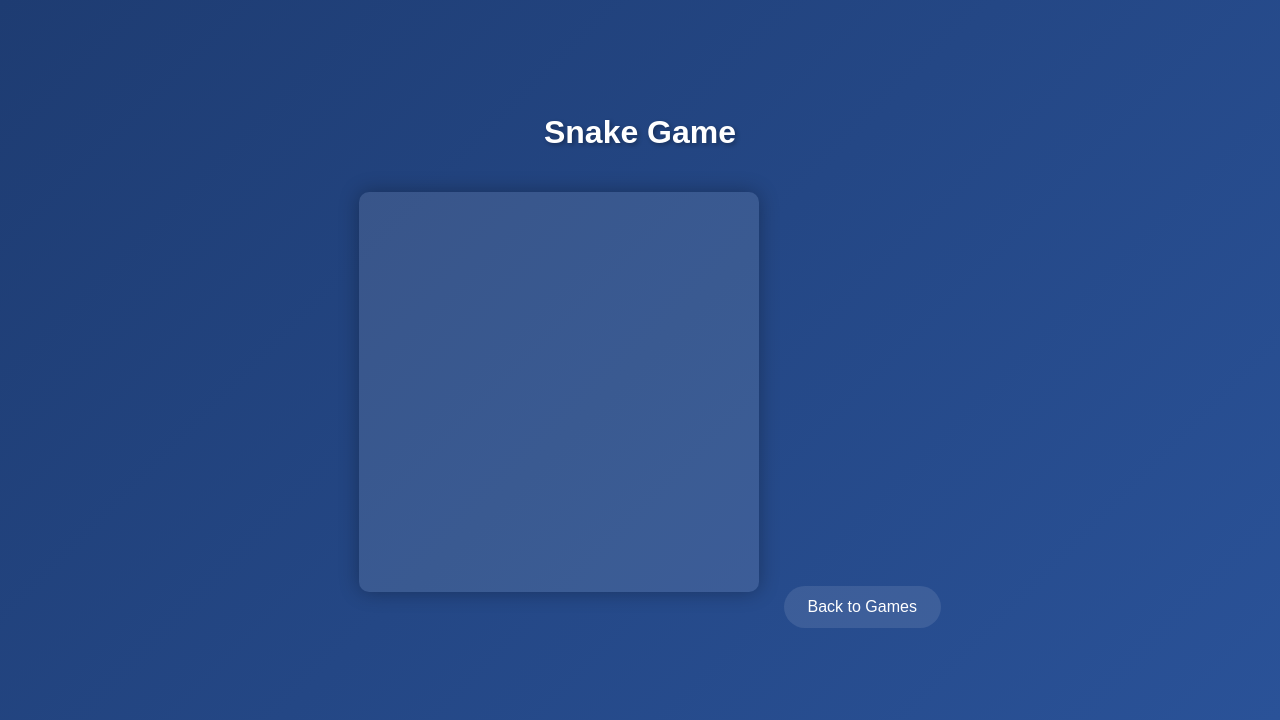
Repository: daBatmanCoder/game_portal_ai
Page: games/snake/snake.html
An editor plug-in stored every save of this project. The page is shown before and after the next save, followed by the edit.
The browser window is 1280 px wide. The pictures show the whole page.

Above is the page before, as saved 2024-11-22 15:55:12.
Console error: TypeError: Cannot set properties of null (setting 'textContent')

### games/snake/snake.html
<!DOCTYPE html>
<html>
<head>
    <title>Snake Game - Arcade Collection</title>
    <style>
        body {
            margin: 0;
            padding: 0;
            min-height: 100vh;
            background: linear-gradient(135deg, #1e3c72 0%, #2a5298 100%);
            display: flex;
            flex-direction: column;
            justify-content: center;
            align-items: center;
            font-family: Arial, sans-serif;
            color: white;
        }

        .game-container {
            text-align: center;
        }

        #gameCanvas {
            background: rgba(255, 255, 255, 0.1);
            border-radius: 10px;
            margin: 20px;
            box-shadow: 0 0 20px rgba(0, 0, 0, 0.3);
        }

        .back-button {
            padding: 12px 24px;
            background: rgba(255, 255, 255, 0.1);
            border: none;
            color: white;
            border-radius: 25px;
            cursor: pointer;
            font-size: 1rem;
            transition: background 0.3s ease, transform 0.3s ease;
            /* backdrop-filter: blur(5px); */
        }

        .back-button:hover {
            background: rgba(255, 255, 255, 0.2);
            transform: translateY(-2px);
        }

        h1 {
            text-shadow: 2px 2px 4px rgba(0, 0, 0, 0.3);
        }
    </style>
</head>
<body>
    <div class="game-container">
        <h1>Snake Game</h1>
        <canvas id="gameCanvas"></canvas>
        <button class="back-button" onclick="backToMain()">Back to Games</button>
    </div>
    <script src="snake.js"></script>
    <script>
        function backToMain() {
            window.location.href = '../../index.html';
        }
    </script>
</body>
</html>

### games/snake/snake.js
const canvas = document.getElementById('gameCanvas');
const ctx = canvas.getContext('2d');

// Set canvas size
canvas.width = 400;
canvas.height = 400;

// Game constants
const gridSize = 20;
const tileCount = canvas.width / gridSize;

// Game variables
let snake = [
    { x: 10, y: 10 }
];
let food = { x: 5, y: 5 };
let dx = 0;
let dy = 0;
let score = 0;
let highScore = 0;
let gameSpeed = 100;
let gameLoop;

// Add new constants for graphics
const snakeGradient = {
    body: ['#4CAF50', '#45a049'],
    head: ['#8BC34A', '#7CB342']
};
const foodGradient = ['#f44336', '#e53935'];
const gridColor = '#1a1a1a';
const backgroundColor = '#000000';

// Initialize game
function startGame() {
    // Initial setup with random snake position
    const randomX = Math.floor(Math.random() * tileCount);
    const randomY = Math.floor(Math.random() * tileCount);
    snake = [{ x: randomX, y: randomY }];
    food = { x: 5, y: 5 };
    dx = 0;
    dy = 0;
    score = 0;

    updateScore();
    createFood();

    // Draw initial state
    draw();

    // Clear any existing event listeners to prevent duplicates
    document.removeEventListener('keydown', changeDirection);
    document.addEventListener('keydown', changeDirection);

    // Clear any existing game loop
    clearInterval(gameLoop);
    gameLoop = setInterval(update, gameSpeed);
}

// Update game state
function update() {
    // Move snake
    let head = { x: snake[0].x + dx, y: snake[0].y + dy };

    // Don't update if snake isn't moving yet
    if (dx === 0 && dy === 0) {
        return;
    }

    // Wrap around borders
    if (head.x < 0) head.x = tileCount - 1;
    if (head.x >= tileCount) head.x = 0;
    if (head.y < 0) head.y = tileCount - 1;
    if (head.y >= tileCount) head.y = 0;

    // Check self collision - start checking from index 1 to avoid false collision with head
    for (let i = 1; i < snake.length; i++) {
        if (head.x === snake[i].x && head.y === snake[i].y) {
            gameOver();
            return;
        }
    }

    snake.unshift(head);

    // Check food collision
    if (head.x === food.x && head.y === food.y) {
        score += 10;
        updateScore();
        createFood();
    } else {
        snake.pop();
    }

    draw();
}

// Draw game elements
function draw() {
    // Clear canvas with a dark background
    ctx.fillStyle = backgroundColor;
    ctx.fillRect(0, 0, canvas.width, canvas.height);

    // Draw grid lines with alpha for subtle effect
    ctx.strokeStyle = gridColor;
    ctx.globalAlpha = 0.2;
    for(let i = 0; i < tileCount; i++) {
        ctx.beginPath();
        ctx.moveTo(i * gridSize, 0);
        ctx.lineTo(i * gridSize, canvas.height);
        ctx.stroke();

        ctx.beginPath();
        ctx.moveTo(0, i * gridSize);
        ctx.lineTo(canvas.width, i * gridSize);
        ctx.stroke();
    }
    ctx.globalAlpha = 1;

    // Draw snake with gradient and rounded corners
    snake.forEach((segment, index) => {
        const gradient = ctx.createRadialGradient(
            (segment.x * gridSize) + gridSize/2,
            (segment.y * gridSize) + gridSize/2,
            0,
            (segment.x * gridSize) + gridSize/2,
            (segment.y * gridSize) + gridSize/2,
            gridSize/1.5
        );

        // Different gradient for head vs body
        const colors = index === 0 ? snakeGradient.head : snakeGradient.body;
        gradient.addColorStop(0, colors[0]);
        gradient.addColorStop(1, colors[1]);

        ctx.fillStyle = gradient;

        // Draw rounded rectangle for each segment
        roundedRect(
            ctx,
            segment.x * gridSize + 1,
            segment.y * gridSize + 1,
            gridSize - 2,
            gridSize - 2,
            5
        );
    });

    // Draw food with pulsing effect and gradient
    const pulseSize = Math.sin(Date.now() / 200) * 2;
    const foodGrad = ctx.createRadialGradient(
        (food.x * gridSize) + gridSize/2,
        (food.y * gridSize) + gridSize/2,
        0,
        (food.x * gridSize) + gridSize/2,
        (food.y * gridSize) + gridSize/2,
        gridSize/1.5
    );

    foodGrad.addColorStop(0, foodGradient[0]);
    foodGrad.addColorStop(1, foodGradient[1]);
    ctx.fillStyle = foodGrad;

    roundedRect(
        ctx,
        food.x * gridSize + 1 - pulseSize/2,
        food.y * gridSize + 1 - pulseSize/2,
        gridSize - 2 + pulseSize,
        gridSize - 2 + pulseSize,
        5
    );
}

// Helper function to draw rounded rectangles
function roundedRect(ctx, x, y, width, height, radius) {
    ctx.beginPath();
    ctx.moveTo(x + radius, y);
    ctx.arcTo(x + width, y, x + width, y + height, radius);
    ctx.arcTo(x + width, y + height, x, y + height, radius);
    ctx.arcTo(x, y + height, x, y, radius);
    ctx.arcTo(x, y, x + width, y, radius);
    ctx.closePath();
    ctx.fill();
}

// Handle direction changes
function changeDirection(event) {
    const LEFT_KEY = 37;
    const RIGHT_KEY = 39;
    const UP_KEY = 38;
    const DOWN_KEY = 40;

    const keyPressed = event.keyCode;
    const goingUp = dy === -1;
    const goingDown = dy === 1;
    const goingRight = dx === 1;
    const goingLeft = dx === -1;

    if (keyPressed === LEFT_KEY && !goingRight) {
        dx = -1;
        dy = 0;
    }
    if (keyPressed === UP_KEY && !goingDown) {
        dx = 0;
        dy = -1;
    }
    if (keyPressed === RIGHT_KEY && !goingLeft) {
        dx = 1;
        dy = 0;
    }
    if (keyPressed === DOWN_KEY && !goingUp) {
        dx = 0;
        dy = 1;
    }
}

// Create new food at random position
function createFood() {
    food.x = Math.floor(Math.random() * tileCount);
    food.y = Math.floor(Math.random() * tileCount);

    // Make sure food doesn't appear on snake
    snake.forEach(segment => {
        if (segment.x === food.x && segment.y === food.y) {
            createFood();
        }
    });
}

// Update score display
function updateScore() {
    document.getElementById('score').textContent = score;
    if (score > highScore) {
        highScore = score;
        document.getElementById('highScore').textContent = highScore;
    }
}

// Game over handling
function gameOver() {
    clearInterval(gameLoop);
    alert(`Game Over! Your score: ${score}`);

    // Reset game state
    snake = [{ x: 10, y: 10 }];
    dx = 0;
    dy = 0;
    score = 0;
    updateScore();
    createFood();

    // Restart the game loop
    gameLoop = setInterval(update, gameSpeed);

    // Initial draw to show the reset state
    draw();
}

// Start the game
startGame();

After the next save:
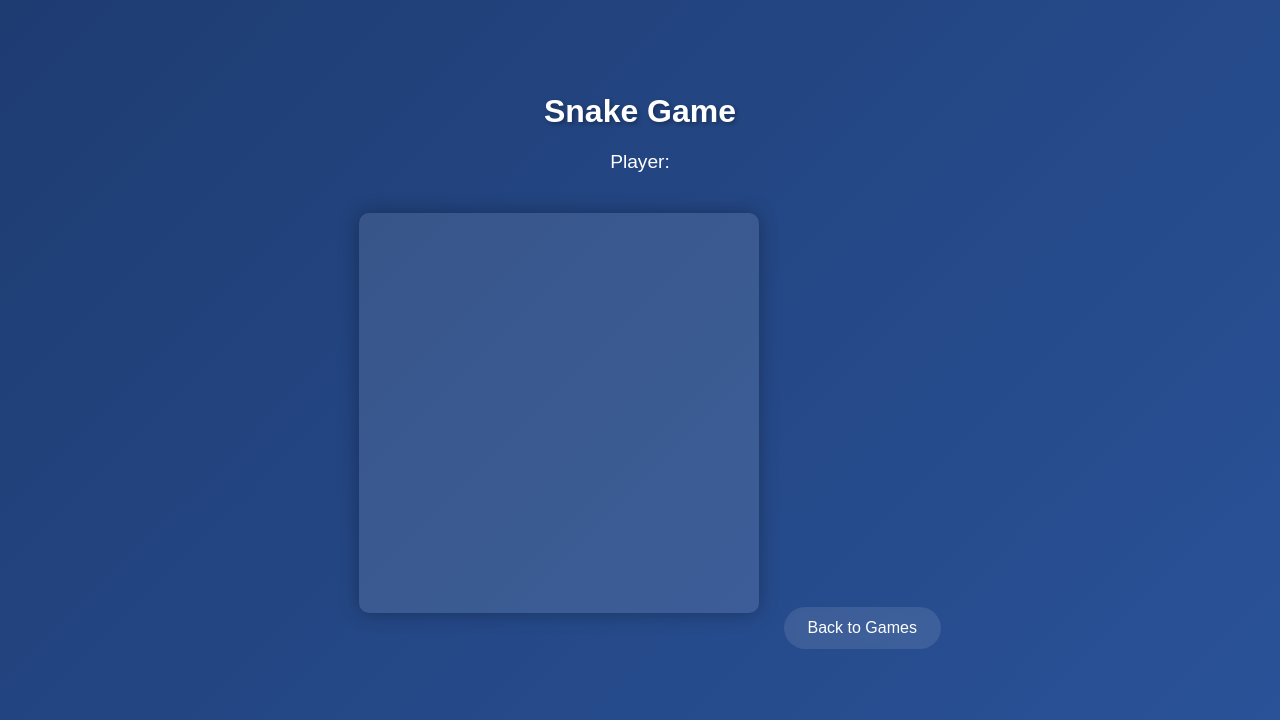
Saved 43 s later.
--- a/games/snake/snake.html
+++ b/games/snake/snake.html
@@ -36,7 +36,8 @@
             cursor: pointer;
             font-size: 1rem;
             transition: background 0.3s ease, transform 0.3s ease;
-            /* backdrop-filter: blur(5px); */
+            -webkit-backdrop-filter: blur(5px);
+            backdrop-filter: blur(5px);
         }
 
         .back-button:hover {
@@ -47,11 +48,17 @@
         h1 {
             text-shadow: 2px 2px 4px rgba(0, 0, 0, 0.3);
         }
+
+        .player-info {
+            margin-bottom: 20px;
+            font-size: 1.2rem;
+        }
     </style>
 </head>
 <body>
     <div class="game-container">
         <h1>Snake Game</h1>
+        <div class="player-info">Player: <span id="playerName"></span></div>
         <canvas id="gameCanvas"></canvas>
         <button class="back-button" onclick="backToMain()">Back to Games</button>
     </div>
